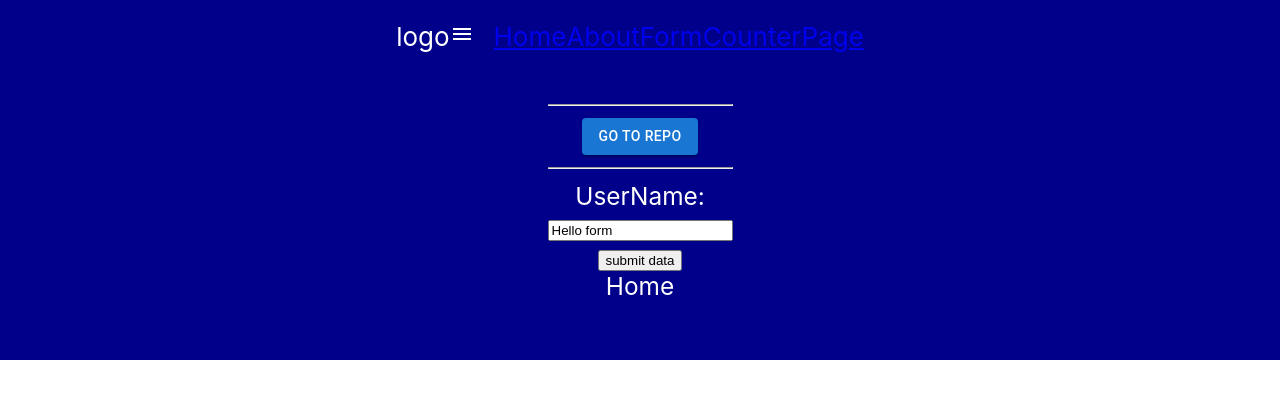
Repository: OutcomerTom/my-app
Page: /
The author's editor kept a copy of each file at every save. The page is drawn from the files as they stood at one save, then again after the next save.
The browser window is 1280 px wide. The pictures show the whole page.
The project was rebuilt for these pictures with package versions that can differ from the ones it lists, and the page was loaded fresh each time. Also part of the build but not shown: src/Counter/CounterPage.tsx, src/FormPage/FormPage.tsx.

Above is the page before, as saved 2022-05-31 00:16:27.

After the next save:
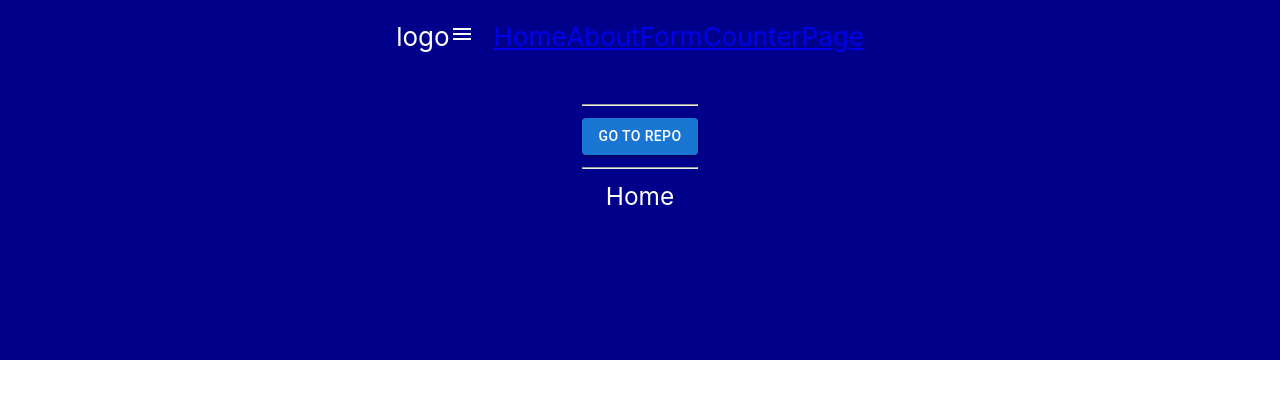
Saved 44 s later.
--- a/src/App.tsx
+++ b/src/App.tsx
@@ -1,6 +1,6 @@
 import React from "react";
 import { Routes, Route } from "react-router-dom";
-import { InputForm } from "./InputForm";
+import { FormPage } from "./FormPage";
 import { CounterPage } from "./Counter";
 import { Navigation } from "./Navigation";
 import { routesPaths } from "./routes";
@@ -25,14 +25,13 @@ function App() {
         </Button>
 
         <hr />
-        <InputForm defaultValue={"Hello form"} />
       </div>
       <Routes>
         <Route path={"/"} element={<div>Home</div>} />
         <Route path={"*"} element={<div>404</div>} />
         <Route path={`/${routesPaths.about}`} element={<div>About</div>} />
         <Route path={"/CounterPage"} element={<CounterPage />} />
-        <Route path={"/form"} element={<div>form</div>} />
+        <Route path={"/form"} element={<FormPage />} />
       </Routes>
     </div>
   );
